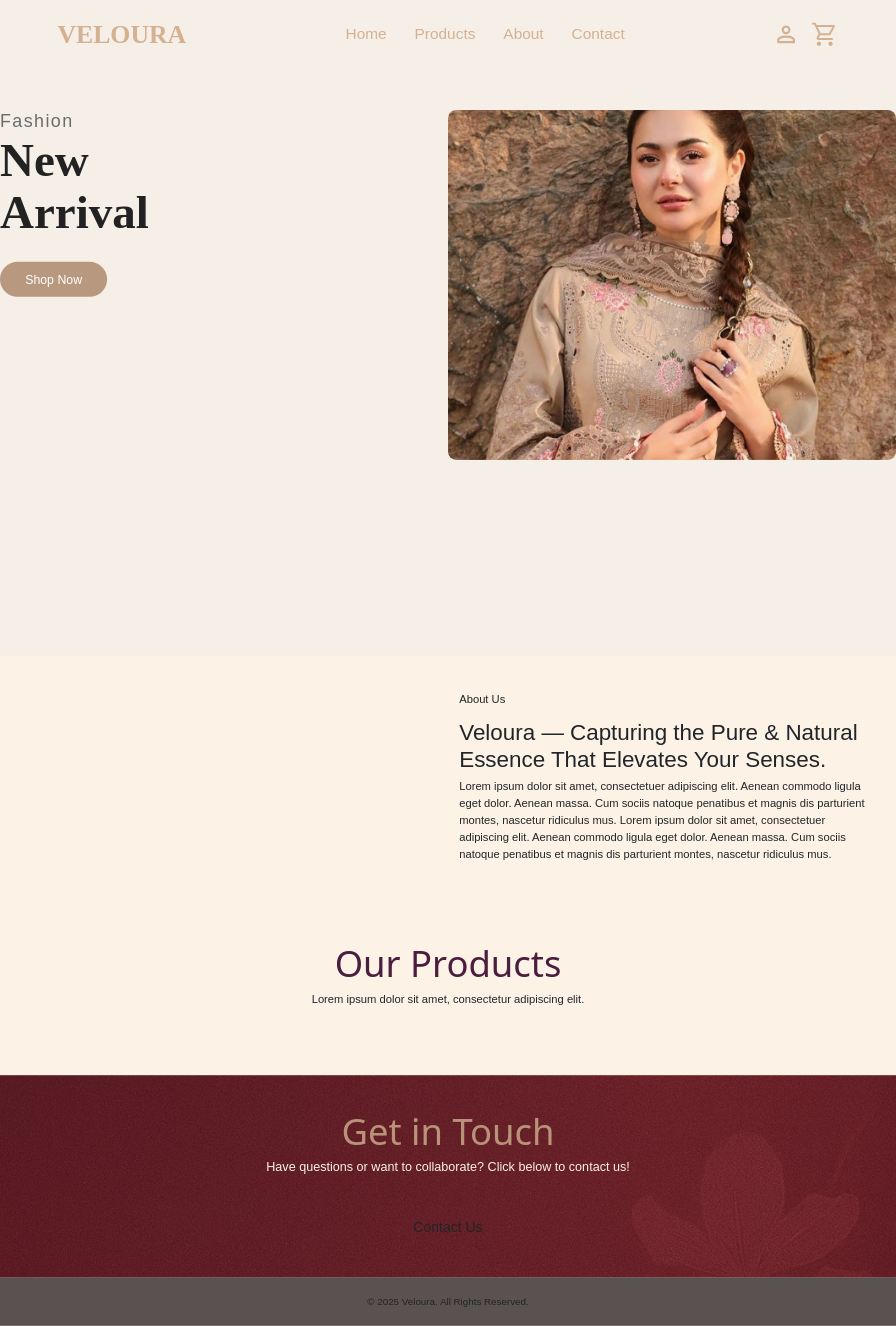
Repository: ayeshatehreem77/Clothing-store
Page: / (app in perfumes-app/)
These files come from the project's save history. The page is drawn as it stood at one moment and after the next save; the edit follows.
The browser window is 1280 px wide. The pictures show the whole page, at 70% of full size.
Pictures or frames that could not be fetched are drawn as grey boxes. The page's requests for data from a server got no answer. The project was rebuilt for these pictures with package versions that can differ from the ones it lists, and the page was loaded fresh each time. No one was signed in, and anything a server would have sent is missing. Also part of the build but not shown: perfumes-app/src/components/Alert.js.

Above is the page before, as saved 2025-10-28 23:29:38.

### perfumes-app/public/index.html
<!DOCTYPE html>
<html lang="en">
  <head>
    <meta charset="utf-8" />
    <link rel="icon" href="%PUBLIC_URL%/favicon.ico" />
    <meta name="viewport" content="width=device-width, initial-scale=1" />
    <meta name="theme-color" content="#000000" />
    <meta
      name="description"
      content="Web site created using create-react-app"
    />
    <link rel="apple-touch-icon" href="%PUBLIC_URL%/logo192.png" />
    <!--
      manifest.json provides metadata used when your web app is installed on a
      user's mobile device or desktop. See https://developers.google.com/web/fundamentals/web-app-manifest/
    -->
    <link rel="manifest" href="%PUBLIC_URL%/manifest.json" />
    <!--
      Notice the use of %PUBLIC_URL% in the tags above.
      It will be replaced with the URL of the `public` folder during the build.
      Only files inside the `public` folder can be referenced from the HTML.

      Unlike "/favicon.ico" or "favicon.ico", "%PUBLIC_URL%/favicon.ico" will
      work correctly both with client-side routing and a non-root public URL.
      Learn how to configure a non-root public URL by running `npm run build`.
    -->
    <title>Veloura</title>
  </head>
  <body>
    <noscript>You need to enable JavaScript to run this app.</noscript>
    <div id="root"></div>
    <!--
      This HTML file is a template.
      If you open it directly in the browser, you will see an empty page.

      You can add webfonts, meta tags, or analytics to this file.
      The build step will place the bundled scripts into the <body> tag.

      To begin the development, run `npm start` or `yarn start`.
      To create a production bundle, use `npm run build` or `yarn build`.
    -->
  </body>
</html>

### perfumes-app/src/index.js
import React from 'react';
import ReactDOM from 'react-dom/client';
import './index.css';
import 'bootstrap/dist/css/bootstrap.min.css';
import 'bootstrap/dist/js/bootstrap.bundle.min.js';
import App from './App';
import reportWebVitals from './reportWebVitals';
import { AuthProvider } from './context/AuthContext';

const root = ReactDOM.createRoot(document.getElementById('root'));
root.render(
  <React.StrictMode>
    <AuthProvider>
    <App />
    </AuthProvider>
  </React.StrictMode>
);

// If you want to start measuring performance in your app, pass a function
// to log results (for example: reportWebVitals(console.log))
// or send to an analytics endpoint. Learn more: https://bit.ly/CRA-vitals
reportWebVitals();

### perfumes-app/src/context/AuthContext.js
// src/context/AuthContext.js
import React, { createContext, useState, useEffect } from "react";
import axios from "axios";

export const AuthContext = createContext();

export const AuthProvider = ({ children }) => {
  const [user, setUser] = useState(null);

  // ✅ Fetch user details from backend using token
  const fetchUser = async () => {
    const token = localStorage.getItem("token");
    if (!token) return;

    try {
      const res = await axios.get("http://localhost:4000/auth/user", {
        headers: { Authorization: `Bearer ${token}` },
      });
      setUser(res.data); // { userId, email, role }
    } catch (err) {
      console.error("Failed to fetch user:", err);
      localStorage.removeItem("token");
      setUser(null);
    }
  };

  // ✅ Auto-fetch user on first render (if token exists)
  useEffect(() => {
    fetchUser();
  }, []);

  // ✅ Handle login
  const login = async (email, password) => {
    try {
      const res = await axios.post("http://localhost:4000/auth/login", {
        email,
        password,
      });

      // backend returns { authToken: "..." }
      const token = res.data.authToken;
      if (!token) throw new Error("No token returned");

      localStorage.setItem("token", token);
      await fetchUser(); // instantly update user

      return true; // success
    } catch (err) {
      console.error("Login error:", err.response?.data || err.message);
      throw err.response?.data?.message || "Login failed";
    }
  };

  // ✅ Handle logout
  const logout = () => {
    localStorage.removeItem("token");
    setUser(null);
  };

  return (
    <AuthContext.Provider value={{ user, login, logout, fetchUser }}>
      {children}
    </AuthContext.Provider>
  );
};

### perfumes-app/src/App.css
body {
  font-family: 'Poppins', sans-serif;
  background-color: #FCF2E6;
}

html {
  scroll-behavior: smooth;
}


.veloura-logo {
  font-family: 'Playfair Display', serif;
  font-size: 2.3rem;
  color: #D4B191 !important;
}

.navbar {
  background: transparent !important;
}

button.navbar-toggler {
  border: none !important;
}

.navbar-toggler-icon {
  background-image: url("data:[embedded picture, 222 characters]");
}



.nav-link {
  color: #D4B191 !important;
  font-size: 22px;
}

.hero-section {
  background-color: #f5efe7;
  min-height: 100vh;
  display: flex;
  flex-direction: column;
  font-family: "Poppins", sans-serif;
}

/* =============== HERO LAYOUT =============== */
.hero-layout {
 display: flex;
    justify-content: center;
    align-items: flex-start;
    width: 100%;
    max-width: 1400px;
    height: 100vh;
    margin: 60px 0;

}

/* ---------- Left Section ---------- */
.hero-left {
  flex: 1;
  position: relative;
}

.main-image {
  width: 100%;
  height: 500px;
  border-radius: 12px;
  overflow: hidden; /* ✅ ensures image stays inside box */
  position: relative;
  background-color: #93c5fd;
}

/* Make image fill box properly */
.main-image img {
  width: 100%;
  height: 100%;
  object-fit: cover; /* ✅ maintains aspect ratio without stretching */
  object-position: center;
  display: block;
}


.side-handle {
  position: absolute;
  left: -50px;
  bottom: 50%;
  transform: rotate(-90deg);
  font-size: 14px;
  color: #555;
  letter-spacing: 2px;
}

/* ---------- Right Section ---------- */
.hero-right {
  flex: 1;
  display: flex;
  flex-direction: column;
  justify-content: space-between;
  gap: 2rem;
}

/* Text Area */
.hero-text h2 {
  font-size: 1.6rem;
  color: #6c6c6c;
  margin-bottom: 5px;
  letter-spacing: 2px;
}

.hero-text h1 {
  font-family: "Playfair Display", serif;
  font-size: 4.2rem;
  font-weight: 700;
  color: #222;
  line-height: 1.1;
}

.shop-btn {
  background-color: #b8997f;
  color: white;
  border: none;
  padding: 12px 36px;
  border-radius: 40px;
  font-size: 1.1rem;
  margin-top: 25px;
  cursor: pointer;
  transition: background-color 0.3s ease;
}

.shop-btn:hover {
  background-color: #a3846d;
}

/* Small Image Grid */
.image-grid {
  display: grid;
  grid-template-columns: repeat(2, 1fr);
  gap: 20px;
}

.small-box {
  height: 200px;
  background-color: #93c5fd;
  border-radius: 12px;
}

/* =============== RESPONSIVE DESIGN =============== */
@media (max-width: 992px) {
  .hero-layout {
    flex-direction: column;
    text-align: center;
  }

  .side-handle {
    display: none;
  }

  .hero-text h1 {
    font-size: 3rem;
  }

  .main-image {
    height: 400px;
  }
}


.products-section h2 {
  font-family: "Libertinus Serif Display", system-ui;
  font-weight: 400;
  font-style: normal;
  font-size: 52px;
  color: #4B1D3F;
}

.product-card {
  transition: all 0.3s ease-in-out;
  border-radius: 10px;
  background: transparent;
}

.card-img {
  border-radius: 10px;
  /* background: #FCF2E6; */
  background: #4B1D3F;
}

.product-card:hover {
  transform: translateY(-5px);
}

.card-text,
.card-title {
  font-size: 23px;
  color: #4B1D3F;
}

/* about us */

.aboutus {
  display: grid;
  grid-template-columns: 1fr 1fr;
  gap: 2rem;
  align-items: center;
  padding: 2rem;
  background: #FCF2E6;
}

.right-section video {
  width: 70%;
  max-height: 80vh;
  height: 100%;
  object-fit: cover;
  display: block;
}

/* product details */


.modal-header p {
  font-size: 14px;
  color: #451b277a;
}

.product-img {
  width: 100%;
  border-radius: 10px;
}

.product-title {
  font-family: "Libertinus Serif Display", system-ui;
  font-weight: 400;
  font-style: normal;
  font-size: 36px;
  color: #4B1D3F;
}



.modal-content {
  background: #FCF2E6 !important;
  margin: auto !important;
  height: 98vh;
  overflow: hidden;
}

.breadcrumb-item a {
  text-decoration: none !important;
  color: black !important;
}

.modal-dialog {
  max-width: 900px;
  display: flex;
  align-items: center;
  justify-content: center;
  min-height: calc(100vh - 2rem); /* keeps it centered */
}

/* Optional - pretty scrollbar inside modal */
.modal-content::-webkit-scrollbar {
  width: 8px;
}
.modal-content::-webkit-scrollbar-thumb {
  background: #d4b191;
  border-radius: 10px;
}
.modal-content::-webkit-scrollbar-thumb:hover {
  background: #b8937a;
}

.modal-body {
  padding: 2rem !important;
}

.gender,
.concentration {
  background-color: #D4B191;
  border-radius: 21%;
  padding: 6px 11px;
  margin-bottom: 5px;
}

.add-cart-btn {
  margin-top: 1rem;
  background-color: #D4B191;
  padding: 10px 25px;
  color: #451B27;
  font-weight: 600;
}

.product-detail {
  margin-top: 0;
  margin-bottom: 1rem;
  font-size: 13px;
  color: #8b745e;
}

.btn-close:focus {
  box-shadow: none !important;
  outline: none !important;
}

/* contact us */

.contact-us {
  background-image: url("Assets/contactus2-bg.png");
  background-position: center;
  background-repeat: no-repeat;
  background-size: cover;
}

.contact-section h2 {
  font-family: "Libertinus Serif Display", system-ui;
  font-weight: 400;
  font-style: normal;
  font-size: 52px;
  color: #b8937a;
  text-align: center;
}

.contact-section p {
  font-size: 18px;
  color: #FCF2E6;
  /* accent purple */
  margin-bottom: 3rem;
  text-align: center;
}

.contact-form {
  max-width: 600px;
  margin: 0 auto;
  display: grid;
  gap: 1.5rem;
}

.contact-form input,
.contact-form textarea {
  padding: 1rem 1.2rem;
  border: 2px solid #D4B191;
  /* brand pink/gold */
  border-radius: 10px;
  font-size: 16px;
  width: 100%;
  outline: none;
  transition: border 0.3s, box-shadow 0.3s;
}

.contact-form input:focus,
.contact-form textarea:focus {
  border-color: #5E1E27;
  /* pink highlight */
  box-shadow: 0 0 10px rgba(252, 65, 90, 0.2);
}

.contact-form button {
  background-color: #D4B191;
  color: #451B27;
  padding: 1rem 2.5rem;
  font-size: 18px;
  font-weight: 600;
  border: none;
  border-radius: 10px;
  cursor: pointer;
  transition: transform 0.3s, background 0.3s;
}

.contact-form button:hover {
  background-color: #5E1E27;
  color: #fff;
  transform: scale(1.05);
}

/* Responsive */
@media (max-width: 768px) {
  .contact-form {
    gap: 1rem;
  }

  .contact-section h2 {
    font-size: 36px;
  }

  .contact-section p {
    font-size: 16px;
  }
}

/* Copyright */

footer {
  position: relative;
  bottom: 0;
  width: 100%;
  background-color: #0b0708ac;
}

/* login modal */

.auth-modal-content {
  background-color: #fdf7f2 !important;
  border-radius: 16px;
  border: none;
  box-shadow: 0 4px 20px rgba(0, 0, 0, 0.1);
  height: 90vh !important;
  width: 70%;
}

.auth-title {
  color: #4c0d23;
  font-weight: 700;
}

.auth-login-btn {
  background-color: #4c0d23;
  color: #fff;
  border-radius: 12px;
  transition: background-color 0.3s ease;
}

.auth-login-btn:hover {
  background-color: #300818;
}

.auth-signup-btn {
  border: 2px solid #b8860b;
  color: #b8860b;
  border-radius: 12px;
  background-color: transparent;
  transition: all 0.3s ease;
}

.auth-signup-btn:hover {
  background-color: #b8860b;
  color: #fff;
}

.auth-forgot-link {
  color: #4c0d23;
  text-decoration: none;
  font-weight: 500;
}

.auth-forgot-link:hover {
  text-decoration: underline;
}

.authfade-enter {
  opacity: 0;
  transform: translateY(10px);
}
.authfade-enter-active {
  opacity: 1;
  transform: translateY(0);
  transition: opacity 300ms ease, transform 300ms ease;
}
.authfade-exit {
  opacity: 1;
  transform: translateY(0);
}
.authfade-exit-active {
  opacity: 0;
  transform: translateY(-10px);
  transition: opacity 300ms ease, transform 300ms ease;
}

### perfumes-app/src/components/Aboutus.js
import React, { useEffect, useRef } from 'react';

function Aboutus() {
  const videoRef = useRef(null);

  useEffect(() => {
    if (videoRef.current) {
      const playPromise = videoRef.current.play();
      if (playPromise !== undefined) {
        playPromise.catch((error) => {
          console.log("Autoplay prevented:", error);
        });
      }
    }
  }, []);

  return (
    <div id='about' className="aboutus" style={{  }}>
      <div className="right-section">
        <video
          ref={videoRef}
          autoPlay
          muted
          loop
          playsInline
          style={{ width: "100%", height: "auto", borderRadius: "12px", objectFit: "cover" }}
        >
          <source src="/assets/aboutusvideo.mp4" type="video/mp4" />
          Your browser does not support the video tag.
        </video>
      </div>
      <div className="left-section">
        <p>About Us</p>
        <h2>
          Veloura — Capturing the Pure & Natural Essence That Elevates Your Senses.
        </h2>
        <p>Lorem ipsum dolor sit amet, consectetuer adipiscing elit. Aenean commodo ligula eget dolor. Aenean massa. Cum sociis natoque penatibus et magnis dis parturient montes, nascetur ridiculus mus. Lorem ipsum dolor sit amet, consectetuer adipiscing elit. Aenean commodo ligula eget dolor. Aenean massa. Cum sociis natoque penatibus et magnis dis parturient montes, nascetur ridiculus mus. </p>
      </div>
    </div>
  );
}

export default Aboutus;

### perfumes-app/src/components/ContactForm.js
import React from 'react'

function ContactForm() {
  return (
    <div className='contact-us align-center text-center'>
        <div className='contact-section pt-5'>
      <h2>
        Get in Touch
      </h2>
      <p>
        Have questions or want to collaborate? Click below to contact us!
      </p>
        </div>
      <button
        type="button"
        className="btn btn-lg shopnow-btn mb-5 mt-0"
        data-bs-toggle="modal"
        data-bs-target="#contactModal"
      >
        Contact Us
      </button>
    </div>
  )
}

export default ContactForm

### perfumes-app/src/components/Footer.js
import React from "react";

function Footer() {
  const year = new Date().getFullYear();

  return (
    <footer
      className="text-center py-4"
    >
      <p style={{ margin: 0, fontSize: "14px" }}>
        &copy; {year} Veloura. All Rights Reserved.
      </p>
    </footer>
  );
}

export default Footer;

### perfumes-app/src/components/Hero.js
import React from "react";
import Navbar from "./Navbar";

function Hero() {
  return (
    <div className="hero-section">
      <Navbar />

      <div className="hero-layout">
        {/* Left Main Image Box */}
        <div className="hero-left">
          <div className="hero-text">
            <h2>Fashion</h2>
            <h1>
              New <br /> Arrival
            </h1>
            <button className="shop-btn">Shop Now</button>
          </div>
        </div>

        {/* Right Side Content */}
        <div className="hero-right">
          <div className="main-image">
            <img src="assets/hero-img1.jpg" alt="" />
          </div>
        </div>
      </div>
    </div>
  );
}

export default Hero;

### perfumes-app/src/components/Products.js
import React, { useEffect, useState } from "react";

function Products({ setSelectedProduct }) {
  const [products, setProducts] = useState([]);
  const [loading, setLoading] = useState(true);

  useEffect(() => {
    const fetchProducts = async () => {
      try {
        const res = await fetch("http://localhost:4000/products");
        const data = await res.json();
        setProducts(data.data || data);
      } catch (error) {
        console.error("Failed to fetch products:", error);
      } finally {
        setLoading(false);
      }
    };

    fetchProducts();
  }, []);

  if (loading) return <p className="text-center">Loading products...</p>;

  return (
    <div id="products" className="products-section py-5">
      <div className="container w-75">
        <div className="product-text text-center mb-5">
          <h2>Our Products</h2>
          <p className="mx-5 mb-5">
            Lorem ipsum dolor sit amet, consectetur adipiscing elit.
          </p>
        </div>

        <div className="row">
          {products.map((product) => (
            <div className="col-md-4 mb-4" key={product._id}>
              <div
                className="card border-0 product-card h-100"
                data-bs-toggle="modal"
                data-bs-target="#productsDetails"
                onClick={() => setSelectedProduct(product)}
              >
                <img
                  src={`http://localhost:4000${product.images?.[0]?.url}`}
                  className="card-img card-img-top"
                  alt={product.name}
                />
                <div className="card-body text-center">
                  <h5 className="card-title">{product.name}</h5>
                  <p className="card-text">${product.price}</p>
                </div>
              </div>
            </div>
          ))}
        </div>
      </div>
    </div>
  );
}

export default Products;

### perfumes-app/src/components/Navbar.js
import React, { useContext } from "react";
import { AuthContext } from "../context/AuthContext";

function Navbar() {
  const { user, logout } = useContext(AuthContext);

  return (
    <nav className="navbar navbar-expand-lg py-3">
      <div className="container d-flex justify-content-between align-items-center">
        <a className="navbar-brand fw-bold text-uppercase veloura-logo" href="/">
          Veloura
        </a>

        <ul className="navbar-nav mx-auto d-lg-flex flex-row gap-4">
          <li className="nav-item"><a className="nav-link" href="/">Home</a></li>
          <li className="nav-item"><a className="nav-link" href="#products">Products</a></li>
          <li className="nav-item"><a className="nav-link" href="#about">About</a></li>
          <li className="nav-item">
            <a className="nav-link" href="/" data-bs-toggle="modal" data-bs-target="#contactModal">Contact</a>
          </li>
        </ul>

        <div className="d-none d-lg-flex align-items-center gap-3">
            <a
              className="nav-link p-0"
              href="#"
              data-bs-toggle="modal"
              data-bs-target="#authModal"
            >
              <svg xmlns="http://www.w3.org/2000/svg" height="38px" viewBox="0 -960 960 960" width="38px" fill="#D4B191"><path d="M480-480q-66 0-113-47t-47-113q0-66 47-113t113-47q66 0 113 47t47 113q0 66-47 113t-113 47ZM160-160v-112q0-34 17.5-62.5T224-378q62-31 126-46.5T480-440q66 0 130 15.5T736-378q29 15 46.5 43.5T800-272v112H160Zm80-80h480v-32q0-11-5.5-20T700-306q-54-27-109-40.5T480-360q-56 0-111 13.5T260-306q-9 5-14.5 14t-5.5 20v32Zm240-320q33 0 56.5-23.5T560-640q0-33-23.5-56.5T480-720q-33 0-56.5 23.5T400-640q0 33 23.5 56.5T480-560Zm0-80Zm0 400Z" /></svg>
            </a>

          <a
            href="#"
            className="nav-link"
            data-bs-toggle="modal"
            data-bs-target="#cartModal"
          >
            <svg xmlns="http://www.w3.org/2000/svg" height="40px" viewBox="0 -960 960 960" width="40px" fill="#D4B191"><path d="M284.53-80.67q-30.86 0-52.7-21.97Q210-124.62 210-155.47q0-30.86 21.98-52.7Q253.95-230 284.81-230t52.69 21.98q21.83 21.97 21.83 52.83t-21.97 52.69q-21.98 21.83-52.83 21.83Zm400 0q-30.86 0-52.7-21.97Q610-124.62 610-155.47q0-30.86 21.98-52.7Q653.95-230 684.81-230t52.69 21.98q21.83 21.97 21.83 52.83t-21.97 52.69q-21.98 21.83-52.83 21.83ZM238.67-734 344-515.33h285.33l120-218.67H238.67ZM206-800.67h589.38q22.98 0 34.97 20.84 11.98 20.83.32 41.83L693.33-490.67q-11 19.34-28.87 30.67-17.87 11.33-39.13 11.33H324l-52 96h487.33V-286H278q-43 0-63-31.83-20-31.84-.33-68.17l60.66-111.33-149.33-316H47.33V-880h121.34L206-800.67Zm138 285.34h285.33H344Z"/></svg>
          </a>
        </div>
      </div>
    </nav>
  );
}

export default Navbar;

Loaded but not shown: perfumes-app/src/index.css (common file); perfumes-app/src/reportWebVitals.js (common file); perfumes-app/src/components/Login.js (294 lines, source omitted); perfumes-app/src/components/ProductsDetails.js (160 lines, source omitted); perfumes-app/src/components/AddToCart.js (158 lines, source omitted); perfumes-app/src/components/ContactModal.js (121 lines, source omitted); perfumes-app/src/App.js (116 lines, source omitted)

After the next save:
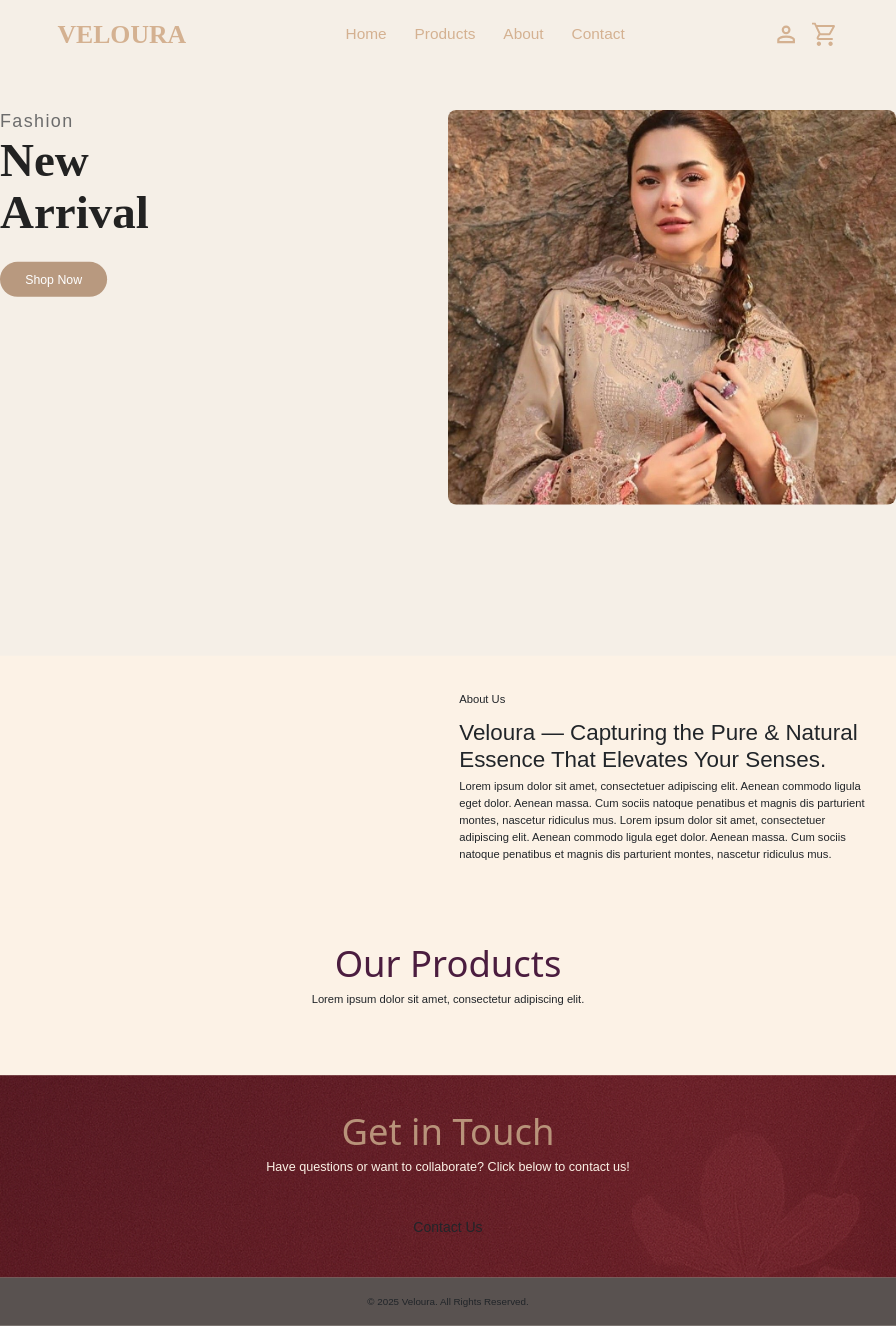
Saved 91 s later.
--- a/perfumes-app/src/App.css
+++ b/perfumes-app/src/App.css
@@ -61,7 +61,7 @@ button.navbar-toggler {
 
 .main-image {
   width: 100%;
-  height: 500px;
+  height: 564px;
   border-radius: 12px;
   overflow: hidden; /* ✅ ensures image stays inside box */
   position: relative;
